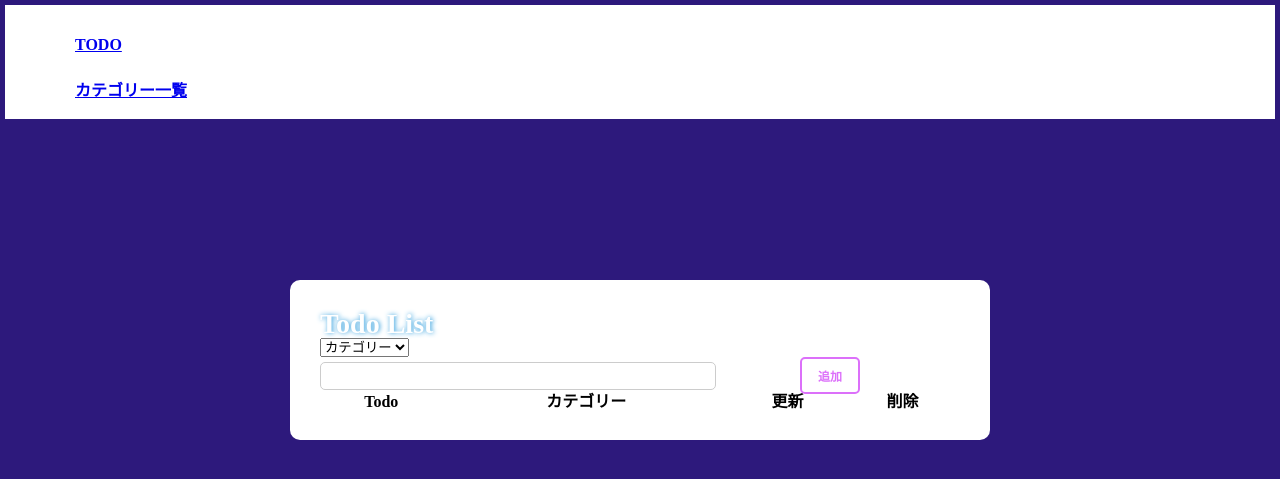
Repository: azuma2/cate
Page: http://localhost/
The author's editor kept a copy of each file at every save. The page is drawn from the files as they stood at one save, then again after the next save.
The browser window is 1280 px wide. The pictures show the whole page.
The page is served by the project's Laravel application, run on PHP 8.4 with Laravel 8. Other server files are loaded and not shown. Queries for data that is not in the repository find no rows.

Above is the page before, as saved 2022-05-17 17:44:33.

### routes/web.php
<?php

use Illuminate\Support\Facades\Route;
use App\Http\Controllers\TodoController;
use App\Http\Controllers\CateController;


Route::get('/', [TodoController::class, 'index']);

Route::get('/cate', [CateController::class, 'index']);
Route::get('/cate', [CateController::class, 'index2']);
Route::post('/todo/create', [TodoController::class, 'create']);
Route::post('/todo/update', [TodoController::class, 'update']);
Route::post('/todo/delete', [TodoController::class, 'remove']);
Route::post('/todo/search', [TodoController::class, 'search']);
Route::post('/cate/create', [CateController::class, 'create']);
Route::post('/cate/update', [CateController::class, 'update']);
Route::post('/cate/delete', [CateController::class, 'remove']);
Route::post('/cate/search', [CateController::class, 'search']);

### app/Http/Controllers/TodoController.php
<?php

namespace App\Http\Controllers;

use App\Models\Todo;
use App\Models\Cate;
use Illuminate\Http\Request;
use Illuminate\Support\Facades\DB;

class TodoController extends Controller
{
    public function index()
    {
        $items = Todo::all();
        $items = DB::select('select * from todos');
        return view('index', ['items' => $items]);
    }

    public function create(Request $request)
    {
        $param = ['content' => $request->content,];
        $this->validate($request, Todo::$rules);

        DB::insert('insert into todos (content) values (:content)', $param);
        return redirect('/');
    }

    public function update(Request $request)
    {
         $param = [
            'id' => $request->id,
            'content' => $request->content,

        ];
        $this->validate($request, Todo::$rules);
        DB::update('update todos set content =:content where id =:id', $param);
        return redirect('/');
    }

    public function remove(Request $request)
    {
        $param = ['id' => $request->id];
        DB::delete('delete from todos where id =:id', $param);
        return redirect('/');
    }



}

### app/Models/todo.php
<?php


namespace App\Models;

use Illuminate\Database\Eloquent\Factories\HasFactory;
use Illuminate\Database\Eloquent\Model;
use App\Models\Cate;

class Todo extends Model
{
    use HasFactory;

    protected $fillable = ['cate_id', 'content'];

    public static $rules = array(
        'cate_id' => 'required|text',
        'content' => 'required|max:20',
    );

    public function cate(){
        return $this->belongsTo('App\Models\cate');
    }


}

### resources/views/index.blade.php
<!DOCTYPE html>
<html lang="ja">
<head>
    <meta charset="UTF-8">
    <meta http-equiv="X-UA-Compatible" content="IE=edge">
    <meta name="viewport" content="width=device-width, initial-scale=1.0">
    <link rel="stylesheet" href="{{ asset('\resources\views\reset.css') }}" >
    <title>@yield('title')</title>
    <style>
    body {
      font-size:16px;
      margin: 5px;
      background-color: #2d197c;
    }


header{
  padding-right:50px;
  padding-left:50px;
  padding-top:20px;
  position: sticky;
  left: 0;
  top: 0;
  background: #fff;
}
.head {
  justify-content: space-between;
  display: flex;
  font-weight: bolder;
  position: sticky;
  bottom: 0;
}

.head1{
  padding: 10px;
  margin: 10px;
}

.head2{
  padding: 10px;
  margin: 10px;
}

ul{
  list-style: none;
  margin-top: -8px;
}

    td {
      padding: 5px 10px;
      text-align: center;
    }

    .narabe{
      display:flex;
      flex-flow: column;
    }

    .button {
    text-align: left;
    border: 2px solid #dc70fa;
    font-size: 12px;
    color: #dc70fa;
    background-color: #fff;
    font-weight: bold;
    padding: 8px 16px;
    border-radius: 5px;
    cursor: pointer;
    transition: 0.4s;
    outline: none;
}
.input-add {
    width: 60%;
    padding: 5px;
    border-radius: 5px;
    border: 1px solid #ccc;
    appearance: none;
    font-size: 14px;
    outline: none;
}
.input-update {
    width: 90%;
    padding: 5px;
    border-radius: 5px;
    border: 1px solid #ccc;
    appearance: none;
    font-size: 14px;
    outline: none;
}
    .card {
    background-color: #fff;
    width: 50vw;
    padding: 30px;
    position: absolute;
    top: 50%;
    left: 50%;
    transform: translate(-50%, -50%);
    border-radius: 10px;
}
    h2 {
      font-size:28px;
      color:white;
      text-shadow:1px 0 5px #289ADC;
      margin-left: 1px;
      margin: 0;
    }
    .content {
      margin:10px;
    }
.pulu{

}
    .button2 {
    text-align: left;
    border: 2px solid #dc70fa;
    font-size: 12px;
    color: #dc70fa;
    background-color: #fff;
    font-weight: bold;
    padding: 8px 16px;
    border-radius: 5px;
    cursor: pointer;
    transition: 0.4s;
    outline: none;
    margin-left:80px;
}
    </style>
  </head>
  <body>
  <header>
    <div class="head">
      <ul>
        <li class="head1"><a href="{{ url('/') }}">TODO</a></li>
        <li class="head2"><a href="{{ url('/cate') }}">カテゴリー一覧</a></li>
      </ul>
    </div>
  </header>
  <div class="container">
    <div class="card">
      <h2 class="title">Todo List</h2>
            <div class="todo">
              @if ($errors->has('content'))
                  <tr>
                    <th>TODOが入力されておりません</th>
                  </tr><br>
              @endif
              @if ($errors->has('cate_id'))
                  <tr>
                    <th>カテゴリーが選択されておりません</th>
                  </tr>
              @endif

          <!--  カテゴリープルダウン -->
        <select class="pulu" id="cate_id" name="cate_id" >
          <option value="0">カテゴリー</option>
            @foreach ($items as $cate)

                <option value="{{ $cate->id }}">{{ $cate->content }}</option>
            @endforeach
        </select>


        <form action="/todo/create" method="post">
            @csrf
          <input type="text" class="input-add" name="content">
          <input class="button2" type="submit" value="追加" />
        </form>
          <div class="narabe">
        <table>
            @csrf
          <tr>
            <th>Todo</th>
            <th>カテゴリー</th>
            <th>更新</th>
            <th>削除</th>
          </tr>

                    <tr>
            @foreach ($items as $item)

            <td>

            </td>

            <form action="/todo/update" method="post">
              @csrf
              <td>
                <input type="text" class="input-update" value="{{$item->content}}" name="content" />
              </td>
              <td>
                <input type="hidden"  name="id" value="{{$item->id}}">
                <input class="button" type="submit" value="更新" >
              </td>
            </form>
            <td>
              <form action="/todo/delete" method="post" >
                    @csrf
                <input  type="hidden" name="id" value="{{$item->id}}" >
                <input class="button" type="submit" value="削除" >
              </form>
            </td>
            </div>
          </tr>
          @endforeach
        </table>
      </div>
    </div>
  </div>
  </div>

</body>
</html>

### resources/views/reset.css
/*
html5doctor.com Reset Stylesheet
v1.6.1
Last Updated: 2010-09-17
Todo: Richard Clark - http://richclarkdesign.com
Twitter: @rich_clark
*/

html, body, div, span, object, iframe,
h1, h2, h3, h4, h5, h6, p, blockquote, pre,
abbr, address, cite, code,
del, dfn, em, img, ins, kbd, q, samp,
small, strong, sub, sup, var,
b, i,
dl, dt, dd, ol, ul, li,
fieldset, form, label, legend,
table, caption, tbody, tfoot, thead, tr, th, td,
article, aside, canvas, details, figcaption, figure,
footer, header, hgroup, menu, nav, section, summary,
time, mark, audio, video {
    margin:0;
    padding:0;
    border:0;
    outline:0;
    font-size:100%;
    vertical-align:baseline;
    background:transparent;
}

body {
    line-height:1;
}

article,aside,details,figcaption,figure,
footer,header,hgroup,menu,nav,section {
    display:block;
}

nav ul {
    list-style:none;
}

blockquote, q {
    quotes:none;
}

blockquote:before, blockquote:after,
q:before, q:after {
    content:'';
    content:none;
}

a {
    margin:0;
    padding:0;
    font-size:100%;
    vertical-align:baseline;
    background:transparent;
}

/* change colours to suit your needs */
ins {
    background-color:#ff9;
    color:#000;
    text-decoration:none;
}

/* change colours to suit your needs */
mark {
    background-color:#ff9;
    color:#000;
    font-style:italic;
    font-weight:bold;
}

del {
    text-decoration: line-through;
}

abbr[title], dfn[title] {
    border-bottom:1px dotted;
    cursor:help;
}

table {
    border-collapse:collapse;
    border-spacing:0;
}

/* change border colour to suit your needs */
hr {
    display:block;
    height:1px;
    border:0;
    border-top:1px solid #cccccc;
    margin:1em 0;
    padding:0;
}

input, select {
    vertical-align:middle;
}

Loaded but not shown: app/Http/Controllers/Controller.php (common file)

After the next save:
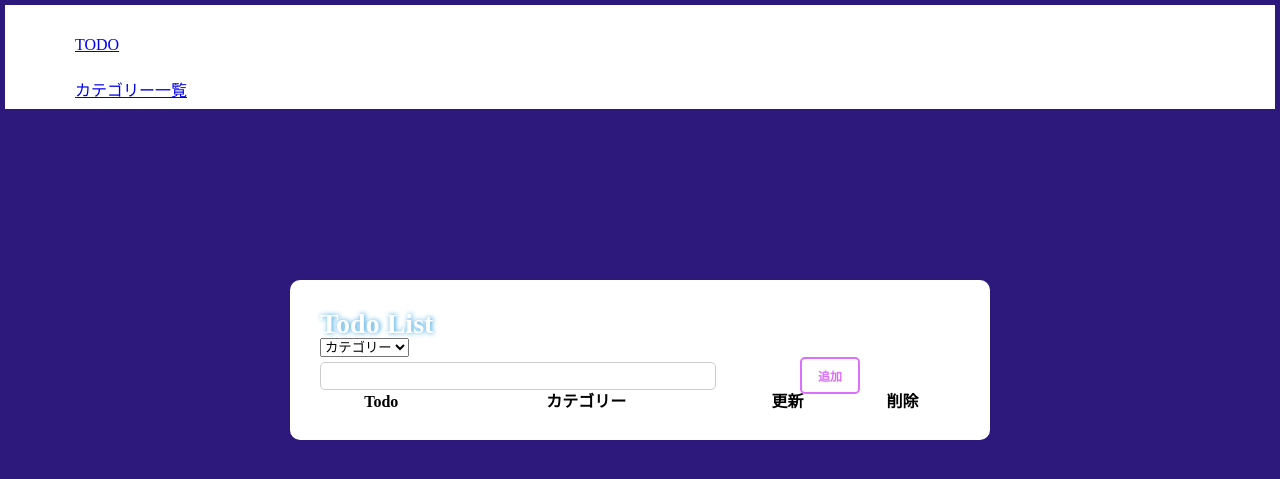
Saved 3 min 7 s later.
--- a/resources/views/index.blade.php
+++ b/resources/views/index.blade.php
@@ -128,7 +128,7 @@
   </head>
   <body>
   <header>
-    <div class="head">
+    <div class="header">
       <ul>
         <li class="head1"><a href="{{ url('/') }}">TODO</a></li>
         <li class="head2"><a href="{{ url('/cate') }}">カテゴリー一覧</a></li>

After the save that followed:
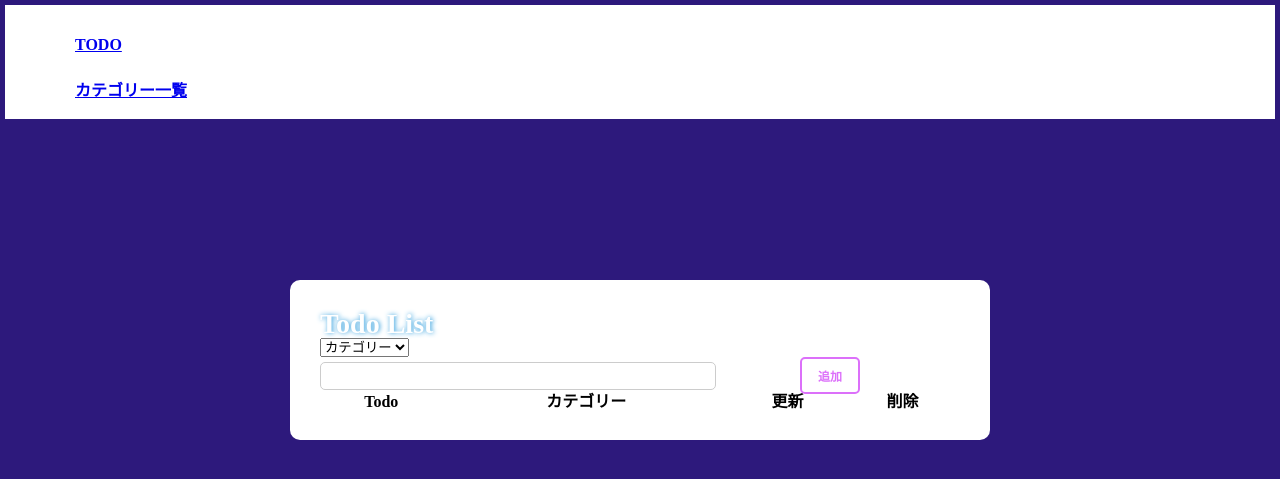
Saved 32 s later.
--- a/resources/views/index.blade.php
+++ b/resources/views/index.blade.php
@@ -128,7 +128,7 @@
   </head>
   <body>
   <header>
-    <div class="header">
+    <div class="head">
       <ul>
         <li class="head1"><a href="{{ url('/') }}">TODO</a></li>
         <li class="head2"><a href="{{ url('/cate') }}">カテゴリー一覧</a></li>
